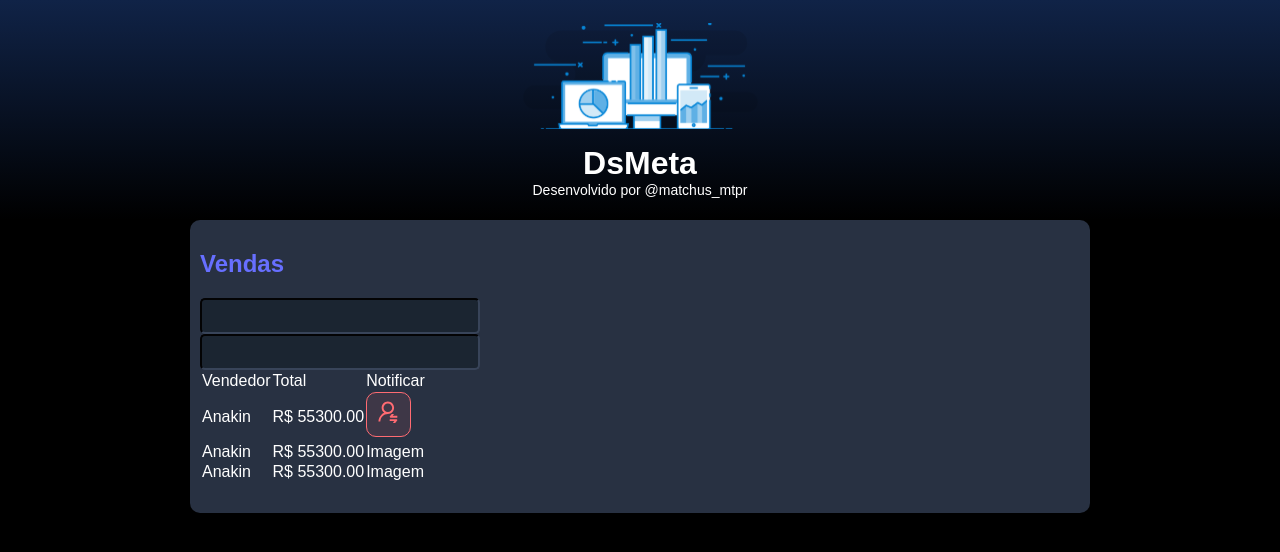
Repository: MatheusAlvesPereiraRosa/ds-meta
Page: index.html
The author's editor kept a copy of each file at every save. The page is drawn from the files as they stood at one save, then again after the next save.
The browser window is 1280 px wide. The pictures show the whole page.

Above is the page before, as saved 2022-09-01 11:56:54.

### index.html
<!DOCTYPE html>
<html lang="en">
  <head>
    <meta charset="UTF-8" />
    <meta http-equiv="X-UA-Compatible" content="IE=edge" />
    <meta name="viewport" content="width=device-width, initial-scale=1.0" />
    <title>Document</title>

    <link rel="stylesheet" href="styles.css" />
  </head>

  <body>
    <header>
      <div class="dsmeta-logo-container">
        <img src="logo.svg" alt="Logo" />
        <h1>DsMeta</h1>
        <p>
          Desenvolvido por
          <a href="https://www.instagram.com/matchus_mtpr">@matchus_mtpr</a>
        </p>
      </div>
    </header>

    <main>
      <section id="sales">
        <div class="dsmeta-container">
          <div class="dsmeta-card">
            <h2 class="dsmeta-sales-title">Vendas</h2>
            <div>
              <div>
                <input class="dsmeta-form-control" type="text" />
              </div>
              <div>
                <input class="dsmeta-form-control" type="text" />
              </div>
            </div>

            <div>
              <table>
                <thead>
                  <tr>
                    <td>Vendedor</td>
                    <td>Total</td>
                    <td>Notificar</td>
                  </tr>
                </thead>
                <tbody>
                  <tr>
                    <td>Anakin</td>
                    <td>R$ 55300.00</td>
                    <td><img src="icon.svg" alt="Notificar" /></td>
                  </tr>
                  <tr>
                    <td>Anakin</td>
                    <td>R$ 55300.00</td>
                    <td>Imagem</td>
                  </tr>
                  <tr>
                    <td>Anakin</td>
                    <td>R$ 55300.00</td>
                    <td>Imagem</td>
                  </tr>
                </tbody>
              </table>
            </div>
          </div>
        </div>
      </section>
    </main>
  </body>
</html>

### styles.css
@import url('https://fonts.googleapis.com/css2?family=Roboto:wght@300&display=swap');

* {
    font-family: 'Rotobto', sans-serif;
    box-sizing: border-box;
    margin: 0;
    padding: 0;
}

header {
    background: linear-gradient(180deg, #102347 0%, transparent);
    height: 220px;
    display: flex;
    align-items: center;
    justify-content: center;
}

body, html {
    background-color: black;
    color: #fff;
}

a, a:hover, a:visited {
    color: unset;
    text-decoration: none;
}

.dsmeta-logo-container {
    display: flex;
    flex-direction: column;
    align-items: center;
}

.dsmeta-logo-container img{
    width: 235px;
}

.dsmeta-logo-container h1{
    margin-top: 15px;
}

.dsmeta-logo-container p{
    font-size: 14px;
    font-weight: 300;
}

.dsmeta-card {
    background-color: #283142;
    border-radius: 10px;
    padding: 30px 10px;
}

.dsmeta-container {
    width: 100%;
    max-width: 900px;
    margin: 0 auto;
}

#id {
    padding: 40px 10px;
}

.dsmeta-sales-title {
    color: #676FFF;
    font-size: 24px;
    margin-bottom: 20px;
}

.dsmeta-form-control {
    height: 36px;
    background-color: #1B2531;
    width: 280px;
    border-radius: 5px;
    border-color: #384459;
}

After the next save:
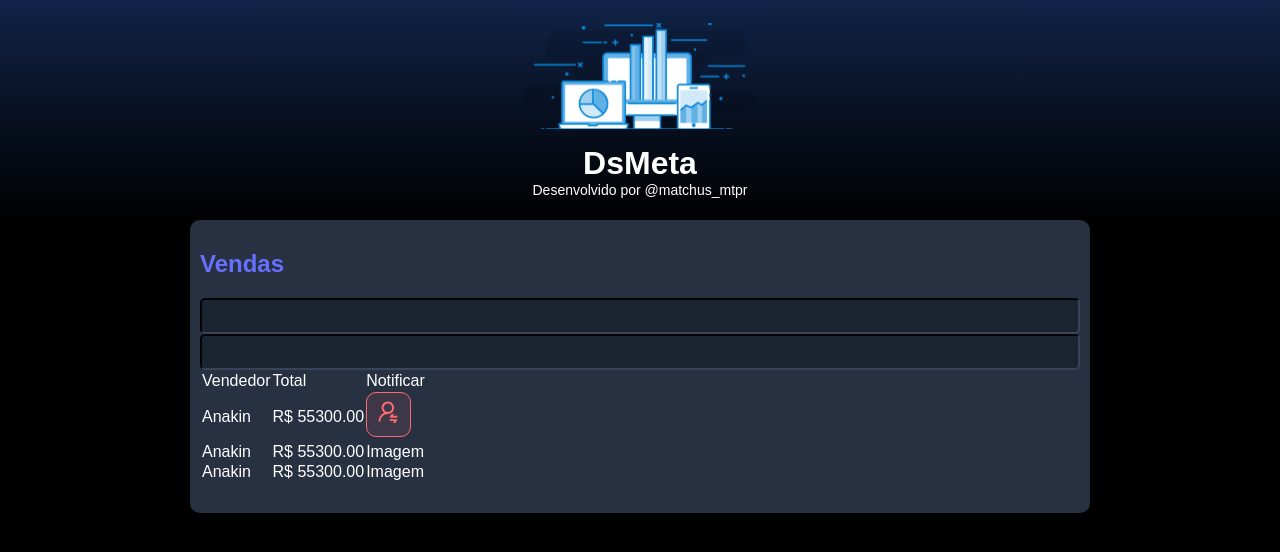
Saved 12 s later.
--- a/styles.css
+++ b/styles.css
@@ -69,7 +69,7 @@ a, a:hover, a:visited {
 .dsmeta-form-control {
     height: 36px;
     background-color: #1B2531;
-    width: 280px;
+    width: 100%;
     border-radius: 5px;
     border-color: #384459;
 }
